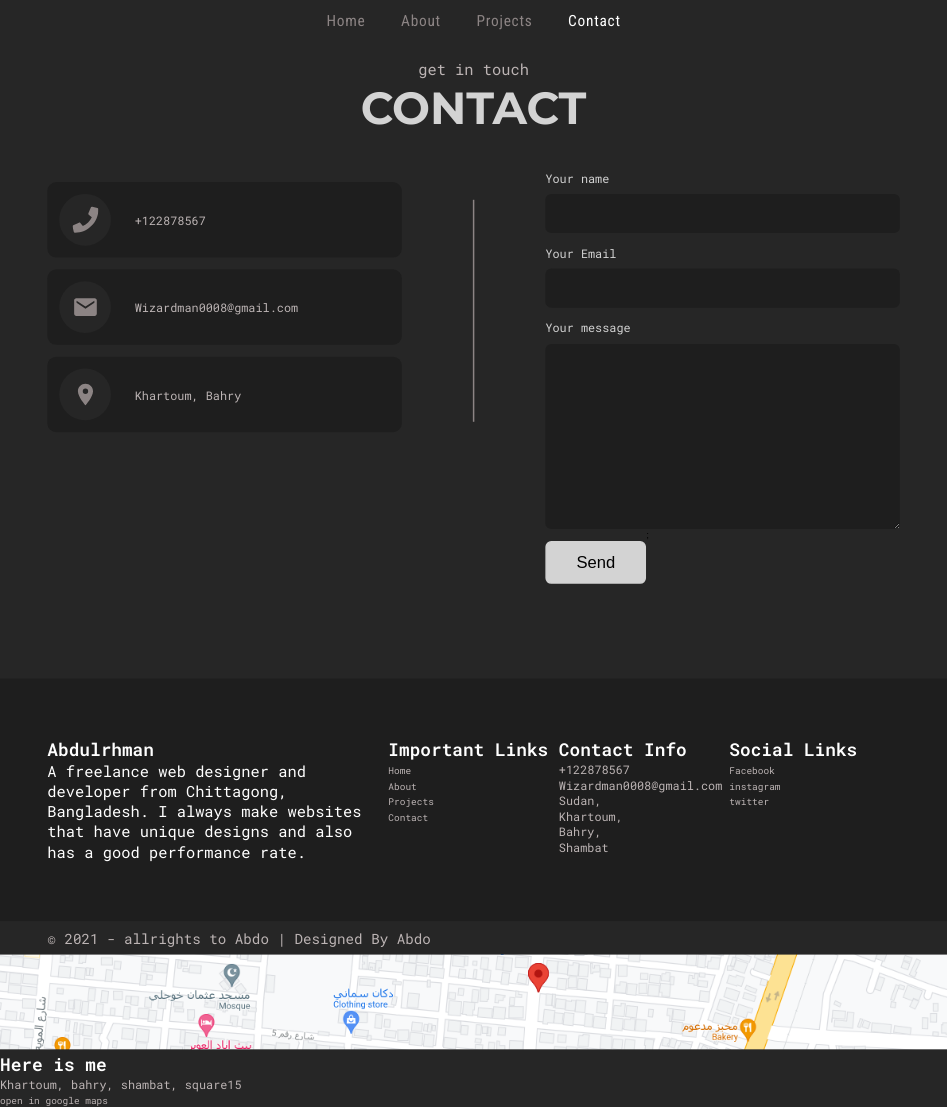
Repository: Abdoulrhman-altyeb/React-Typescript
Page: /contact
An editor plug-in stored every save of this project. The page is shown before and after the next save, followed by the edit.
The browser window is 1280 px wide. The pictures show the whole page, at 74% of full size.
The project was rebuilt for these pictures with package versions that can differ from the ones it lists, and the page was loaded fresh each time. Also part of the build but not shown: src/components/ContactButton.tsx, src/components/HeroSection.tsx, src/components/AboutSection.tsx, src/assits/data/Services.ts, src/components/ServiceItems.tsx, src/components/ServicesSection.tsx, src/components/ProjectsSection.tsx, src/Pages/Home.tsx and 2 more.

Above is the page before, as saved 2021-05-20 19:16:02.

### public/index.html
<!DOCTYPE html>
<html lang="en">

<head>
  <meta charset="utf-8" />
  <meta name="viewport" content="width=device-width, initial-scale=1" />
  <meta name="theme-color" content="#000000" />
  <meta name="description" content="IT Guys Community" />
  <link rel="preconnect" href="https://fonts.gstatic.com">
  <link href="https://fonts.googleapis.com/css2?family=Roboto:wght@300;400;500;700&display=swap" rel="stylesheet">
  <link rel="preconnect" href="https://fonts.gstatic.com">
<link href="https://fonts.googleapis.com/css2?family=Montserrat:wght@200;300;400;500;700&display=swap" rel="stylesheet">
<link rel="preconnect" href="https://fonts.gstatic.com">
<link href="https://fonts.googleapis.com/css2?family=Roboto+Mono:wght@200;300;400;500;600&display=swap" rel="stylesheet">
<link rel="preconnect" href="https://fonts.gstatic.com">
<link href="https://fonts.googleapis.com/css2?family=Roboto+Condensed:wght@400;700&display=swap" rel="stylesheet">
  <title>App Lab</title>
</head>

<body>
  <noscript>You need to enable JavaScript to run this app.</noscript>
  <div id="root"></div>
</body>

</html>

### src/index.tsx
import ReactDOM from "react-dom";
import App from "./App";
import './assits/styles/style.css'

ReactDOM.render(<App/>,document.getElementById("root"));

### src/App.tsx
import React from "react";
import NavBar from './components/NavBar';
import { BrowserRouter as Router, Route, Switch } from 'react-router-dom'
import Home from "./Pages/Home";
import Contact from "./Pages/Contact";
import About from "./Pages/About";
import Projects from "./Pages/Projects";


const App: React.FC = () => {



  return (
    <>
      <Router>
        <NavBar />
        <Switch>
          <Route  path='/' exact>
            <Home />
          </Route>
          <Route path="/contact">
            <Contact />
          </Route>
          <Route path='/about'>
            <About />
          </Route>
          <Route path='/projects'>
              <Projects/>
          </Route>
        </Switch>
      </Router>
    </>
  )
}

export default App;

### src/assits/styles/style.css
* {
    padding:0;
    margin:0;
    box-sizing:border-box;
    scroll-behavior: auto;
}

body {
    background:#262626;
    color:white;
    font-family: 'Roboto Mono', monospace;
}
::-webkit-scrollbar-track {
    background: #1E1E1E;
}
::-webkit-scrollbar {
    width: 8px;
}
::-webkit-scrollbar-thumb {
    background: #888;
    border-radius: 20px;
}




img,svg{
    width: 100%;
    height:100%;
    object-fit: cover;
}
.container {
    width:90%;
    max-width:1200px;
    margin: 0 auto;
}

.hero__img {
    height:600px;
}
ul {
    list-style: none;
}
p, h1, span,h3,a {
    color:#BCB4B4
}
a {
    text-decoration: none;
    font-size:0.8rem;
}

### src/components/NavBar.tsx
import React,{useState} from 'react';
import styled from 'styled-components';
import { NavLink } from 'react-router-dom';
import { BiMenu, BiX } from 'react-icons/bi';


const NavBar: React.FC = () => {

    const [isActive, setIsActive] = useState<boolean>(false);

    return (
        <NavBarContainer>
            <div className="hamburgerMenu"
                onClick={() => setIsActive(!isActive)}
                role='button'
                tabIndex={0}
                onKeyDown={() => setIsActive(!isActive)}
            >
                <BiMenu/>
            </div>
            <ul className={isActive ? 'ListItems' : 'ListItems hide-items'}>
                <div className='closeMenu'
                    onClick={() => setIsActive(!isActive)}
                    role='button'
                    tabIndex={0}
                    onKeyDown={() => setIsActive(!isActive)}
                >
                    <BiX/>
                </div>
                <li>
                    <NavLink to='/' exact>
                     Home
                    </NavLink>
                </li>
                <li>
                    <NavLink to="/about">
                        About
                    </NavLink>
                </li>
                <li>
                    <NavLink to='projects'>
                        Projects
                    </NavLink>
                </li>
                <li>
                    <NavLink to='contact'>
                        Contact
                    </NavLink>
                </li>
            </ul>
        </NavBarContainer>
    )
}

const NavBarContainer = styled.nav`
    position: fixed;
    z-index:100;
    top:0;
    left:0;
    background-color:#262626;
    font-family: 'Roboto Condensed', sans-serif;
    width:100%;
    ul {
        width:90%;
        max-width:1200px;
        justify-content:center;
        text-align:center;
        margin:0 auto;
        border-radius:12px;
    }
    li {
        display:inline-block;
        cursor:pointer;
    }
    a {
        display:inline-block;
        padding:1rem 1.5rem;
        font-size:1.3rem;
        color:#8c8484;
        letter-spacing: 1px;
        transition:0.3s ease color;
        /* &:hover {
            color:#726f6f;
        } */
    }
    .active {
        color:white;
    }

    .hamburgerMenu {
        font-size:2rem;
        position:absolute;
        top:1rem;
        right:1rem;
        color:white;
        display:none;
        * {
            pointer-events:none;
        }
    }
    .closeMenu{
        display:none;
    }
    @media only screen and (max-width:768px) {
        .hide-items{
            transform: translateY(calc(-100% - 1rem))
        }
        .hamburgerMenu{
            display:block;
        }
        .ListItems {
            width:80%;
            max-width:230px;
            position:absolute;
            top:1rem;
            right:1rem;
            background:#1E1E1E;
            padding:1rem;
            transition: 0.3s ease transform;

            .closeMenu {
                color:white;
                font-size:1.5rem;
                width:1rem;
                margin: 0 0 0 auto;
                cursor: pointer;
                display:block;
                *{
                    pointer-events:none;
                }
            }
        }
        li {
            display:block;
            margin-bottom:1rem;
        }
        a {
            /* padding:1rem; */
            padding:0.2rem;
            outline:none;
        }
    }
`;



export default NavBar;

### src/Pages/Contact.tsx
import React from 'react';
import ContactSection from '../components/ContactSecion';
import FooterSection from '../components/FooterSection';
import Map from '../components/Map';

const Contact: React.FC = () => {
    return (
        <>
            <ContactSection/>
            <FooterSection />
            <Map/>
        </>
    )
}

export default Contact;

### src/components/FooterSection.tsx
import React from 'react';
import styled from 'styled-components';
import PaText from './PaText';
import { Link } from 'react-router-dom';

const FooterSection: React.FC = () => {
    return (
        <>
            <StyledDiv>
                <div className="container">
                    <div className="info">
                        <h2>Abdulrhman</h2>
                        <PaText>
                            A freelance web designer and developer from Chittagong,
                            Bangladesh. I always make websites that have unique designs
                            and also has a good performance rate.
                        </PaText>
                    </div>
                    <div className="pages">
                        <h2>Important Links</h2>
                        <ul>
                            <li>
                                <Link to="/">Home</Link>
                            </li>
                            <li>
                                <Link to="/">About</Link>
                            </li>
                            <li>
                                <Link to="/">Projects</Link>
                            </li>
                            <li>
                                <Link to="/">Contact</Link>
                            </li>
                        </ul>
                    </div>
                    <div className="contact_info">
                        <h2>Contact Info</h2>
                        <ul>
                            <li><p>+122878567</p></li>
                            <li><p>Wizardman0008@gmail.com</p></li>
                            <li><p>Sudan,<br></br>Khartoum,<br></br>Bahry,<br></br>Shambat</p></li>
                        </ul>
                    </div>
                    <div className="social_Links">
                        <h2>Social Links</h2>
                        <ul>
                            <li><a href="https://facebook.com" rel='noreferrer'>Facebook</a></li>
                        </ul>
                        <ul>
                            <li><a href="https://instagram.com" rel='noreferrer'>instagram</a></li>
                        </ul>
                        <ul>
                            <li><a href="https://twitter.com" rel='noreferrer'>twitter</a></li>
                        </ul>
                    </div>
                </div>
            </StyledDiv>
            <StyledCopyright>
                <div className="container">
                    <p>© 2021 - allrights to Abdo  | Designed By Abdo</p>
                </div>
            </StyledCopyright>
        </>

    )
}

const StyledDiv = styled.div`
    background:#1E1E1E;
    padding:5rem 0 ;
    .container{
        display:flex;
    }
    .info{
        flex:2;
    }
    .contact_info,
    .pages,
    .social_Links{
        flex:1;
    }
    @media only screen and (max-width:768px) {
        .container{
            flex-direction:column;
        }
    }
`;
const StyledCopyright = styled.div`
    background:#262626;
    padding:10px 0;
    p{
        font-size:1.2rem;
    }

    @media only screen and (max-width:768px) {
        p{
            font-size:0.9rem;
            width:100%;
        }
    }
`;

export default FooterSection

### src/components/ContactSecion.tsx
import React from 'react';
import styled from 'styled-components';
import SectionsTitle from './SectionsTitle';
import { FaPhone } from 'react-icons/fa';
import { IoMdMail } from 'react-icons/io';
import {MdLocationOn} from 'react-icons/md'
import Button from './Button';

const ContactSection: React.FC = () => {
    return (
        <StyledDiv>
            <div className="container">
                <SectionsTitle title='contact' semiTitle='get in touch' />
                <div className="contact-me">
                    <div className="contact-info">
                        <div className="phone">
                            <div className="icon">
                                <FaPhone/>
                            </div>
                            <span> +122878567</span>
                        </div>
                        <div className="mail">
                            <div className="icon">
                                <IoMdMail/>
                            </div>
                            <span>Wizardman0008@gmail.com</span>
                        </div>
                        <div className="location">
                            <div className="icon">
                                <MdLocationOn/>
                            </div>
                            <span>Khartoum, Bahry</span>
                        </div>
                    </div>
                    <div className="linebetween"></div>
                    <form className='form-contact'>
                        <label htmlFor="name">Your name</label>
                        <input className='name' type="text" id='name' />
                        <label htmlFor="email">Your Email</label>
                        <input type="email" id="email" />
                        <label htmlFor="message">Your message</label>
                        <textarea id="message"></textarea>
                        <button type='submit' className='btn'>
                                <Button btnLink='/'  outline={false} btnText='Send'/>;
                        </button>
                    </form>
                </div>
            </div>
        </StyledDiv>
    )
}
const StyledDiv = styled.div`
    padding:5rem 0;
    text-align: center;
    .container{
        display: flex;
        flex-direction:column;
    }
    .title{
        p{
            font-size:1.3rem;
        }
        h2{
            font-size:3.8rem;
            margin-top:0;
        }
    }
    .contact-me{
        padding:3rem 0;
        display: flex;
        gap:6rem;
    }
    .contact-info{
        flex:1;
    }
    .phone,
    .mail,
    .location{
        width:100%;
        background:#1E1E1E;
        margin-top:1rem;
        padding:1rem;
        border-radius:12px;
        display: flex;
        align-items: center;
    }
    .icon{
        width:70px;
        height:70px;
        border-radius: 50%;
        display: flex;
        justify-content: center;
        align-items:center;
        margin-right:2rem;
        background:#262626;
    }
    .icon svg{
        width:50%;
        fill: #8c8484;
    }
    .linebetween{
        width:2px;
        height:300px;
        background:#8c8484;
        margin-top:2.5rem;
    }

    .form-contact{
        flex:1;
        display: flex;
        flex-direction:column;
        text-align:left;
    }
    .form-contact input, textarea{
        padding:1rem;
        background:#1E1E1E;
        border:none;
        border-radius:8px;
    }
    .form-contact textarea {
        height:250px;
        resize: vertical;
    }
    .form-contact label{
        margin-bottom:0.7rem;
        color:lightgray;
    }
    .form-contact input{
        margin-bottom:1rem;
        outline:none;
        color:#8c8484;
        font-size:1.1rem;
    }
    .btn{
        background:transparent;
        outline:none;
        border:none;
        pointer-events: none;
        display: flex;
        justify-content: flex-start;
        *{
            pointer-events: all;
        }
    }
    @media only screen and (max-width:768px) {
        .title{
            p{
                font-size:0.9rem;
            }
            h2{
                font-size:2.5rem;
                margin-top:0;
            }
        }
        .contact-me{
            flex-direction:column;
        }
        .linebetween{
            display: none;
        }
    }
`;

export default ContactSection;

### src/components/Map.tsx
import React from 'react';
import styled from 'styled-components';
import map from '../assits/images/Capture.jpg'
const Map: React.FC = () => {
    return (
        <StyleDiv>
            <img src={map} alt="" />
            <div className="location__details">
                <h2>Here is me</h2>
                <p>Khartoum, bahry, shambat, square15</p>
                <a href="https://www.google.com/maps/place/%D9%85%D8%AD%D8%B7%D9%87+15%E2%80%AD/@15.6677097,32.5462023,17z/data=!4m13!1m7!3m6!1s0x168e8da4c6682f5f:0x213cdd630f5e6fa9!2sShambat+Bridge,+Khartoum+North,+Sudan!3b1!8m2!3d15.6434242!4d32.5089219!3m4!1s0x168e93f8f47bbcb9:0x5df02e7d5dd85537!8m2!3d15.6681869!4d32.5468858" rel='noreferrer'>open in google maps</a>
            </div>
        </StyleDiv>
    )
}

const StyleDiv = styled.div`
    position: relative;
    height:8rem;
`;
export default Map;

### src/components/Button.tsx
import React from 'react';
import { Link } from 'react-router-dom';
import styled from 'styled-components'


const Button:React.FC<ButtonProps> = ({btnLink,btnText,outline}) => {
    return (
        <BTNSTYLE className='btn'>
            <Link className='button' to={btnLink} style={{ background: outline ? 'transparent' : 'lightgray', color: outline? 'lightgray': 'black' }}>{btnText}</Link>
        </BTNSTYLE>
    )
}


const BTNSTYLE = styled.div`
    margin-top:1rem;
    .button{
        background:lightgray;
        padding:0.9rem 2.5rem;
        color:black;
        border-radius:8px;
        border:2px solid lightgray;
        cursor:pointer;
        display:inline-block;
        font-size:1.4rem;
    }
    @media only screen and (max-width:768px) {
        .button{
            font-size:1.2rem;
        }
    }
`;

export default Button

### src/components/PaText.tsx
import styled from 'styled-components'

const PaText: React.FC = ({children}) => {

    return (
        <TextContainer className='par'>
            {children}
        </TextContainer>
    )
}

const TextContainer = styled.div`
    max-width:500px;
    margin:0 auto;
    line-height:1.3em;
    font-family: 'Roboto Mono', monospace;
    font-size:1.3rem;
    @media only screen and (max-width:768px) {
        font-size:1.1rem;
    }
`;

export default PaText

### src/components/SectionsTitle.tsx
import React from 'react';
import styled from 'styled-components';

const SectionsTitle:React.FC<SectionTitle> = ({title,semiTitle}) => {
    return (
        <StyledSectionTitle className='title'>
            <p>{semiTitle}</p>
            <h2>{title}</h2>
        </StyledSectionTitle>
    )
}

const StyledSectionTitle = styled.div`
    P{
        font-size:1.5rem;
    }
    h2{
        font-size:3.8rem;
        font-family: 'Montserrat', sans-serif;
        text-transform:uppercase;
        margin-top:0.7rem;
        color:lightgray;
    }
    @media only screen and (max-width:768px){
        p{
            font-size:1rem;
        }
        h2{
            font-size:2rem;

        }
    }
`;

export default SectionsTitle;

After the next save:
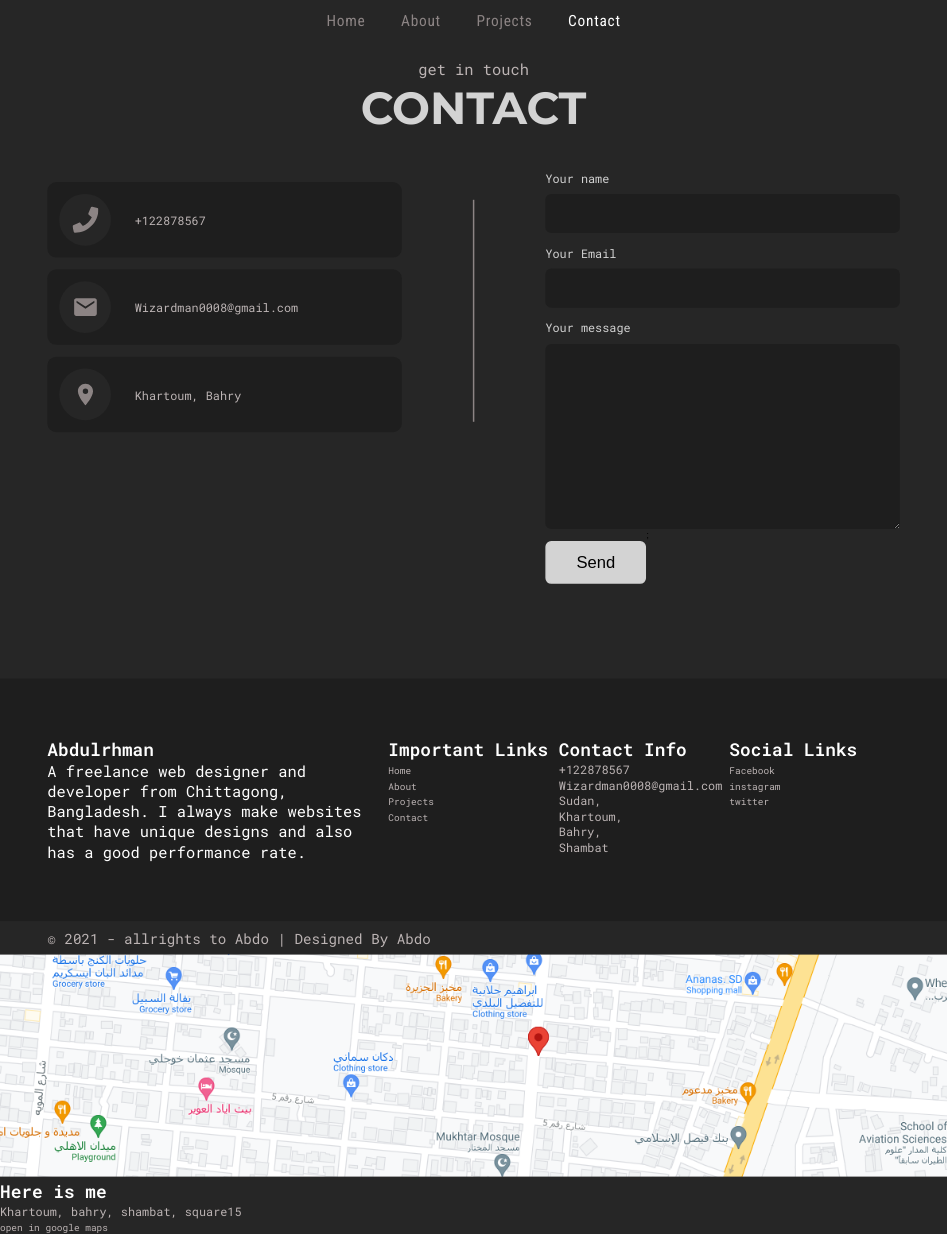
Saved 6 s later.
--- a/src/components/Map.tsx
+++ b/src/components/Map.tsx
@@ -16,6 +16,6 @@ const Map: React.FC = () => {
 
 const StyleDiv = styled.div`
     position: relative;
-    height:8rem;
+    height:300px;
 `;
 export default Map;
